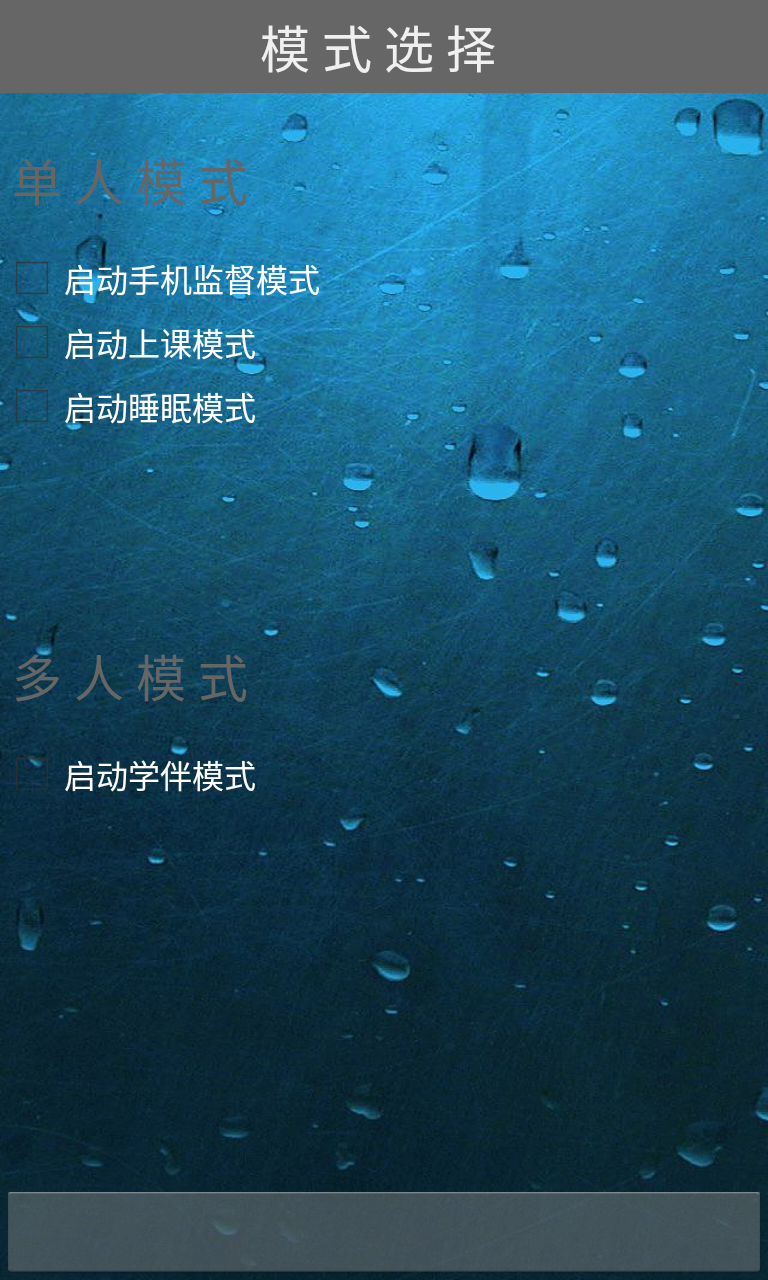
Repository: 17390089054/android
Layout: learning/res/layout/activity_second.xml
These files come from the project's save history. The layout is drawn as it stood at one moment and after a run of saves; the edit follows.
It is drawn on a 768 x 1280 px phone screen (xhdpi) without system bars, with theme AppTheme; the app's code is not run.

Above is the layout before, as saved 2018-05-01 14:15:18.

### learning/res/layout/activity_second.xml
<?xml version="1.0" encoding="utf-8"?>
<LinearLayout xmlns:android="http://schemas.android.com/apk/res/android"
    android:layout_width="match_parent"
    android:layout_height="match_parent"
    android:background="@drawable/bg2"
    android:orientation="vertical" >

    <TextView
        android:id="@+id/tv"
        android:layout_width="match_parent"
        android:layout_height="wrap_content"
        android:background="#666"
        android:gravity="center"
        android:padding="5dp"
        android:text=" 模 式 选 择  "
        android:textColor="#f0f0f0"
        android:textSize="25sp" />

    <LinearLayout
        android:layout_width="match_parent"
        android:layout_height="match_parent"
        android:layout_weight="1"
        android:orientation="vertical" >

        <TextView
            android:layout_width="match_parent"
            android:layout_height="wrap_content"
            android:layout_marginTop="25dp"
            android:text=" 单 人 模 式 "
            android:textColor="#666"
            android:textSize="25sp" />

        <CheckBox
            android:layout_width="wrap_content"
            android:layout_height="wrap_content"
            android:layout_marginTop="15dp"
             android:textColor="#fff"
            android:text="启动手机监督模式" />

        <CheckBox
            android:layout_width="wrap_content"
            android:layout_height="wrap_content"
             android:textColor="#fff"
            android:text="启动上课模式" />

        <CheckBox
            android:layout_width="wrap_content"
            android:layout_height="wrap_content"
            android:textColor="#fff"
            android:text="启动睡眠模式" />
    </LinearLayout>

    <LinearLayout
        android:layout_width="match_parent"
        android:layout_height="match_parent"
        android:layout_weight="1"
        android:orientation="vertical" >

        <TextView
            android:layout_width="wrap_content"
            android:layout_height="wrap_content"
            android:text=" 多 人 模 式 "
            android:textColor="#666"
            android:textSize="25sp" />

        <CheckBox
            android:layout_width="wrap_content"
            android:layout_height="wrap_content"
            android:layout_marginTop="15dp"
            android:textColor="#fff"
            android:text="启动学伴模式" />
    </LinearLayout>
	<Button
	    android:layout_width="match_parent"
	    android:layout_height="wrap_content"
	    android:padding="2dp"

	    />
</LinearLayout>

Loaded but not shown: learning/res/values/styles.xml (common file); learning/res/values-v11/styles.xml (common file); learning/res/values-v14/styles.xml (common file)

After the next 2 saves:
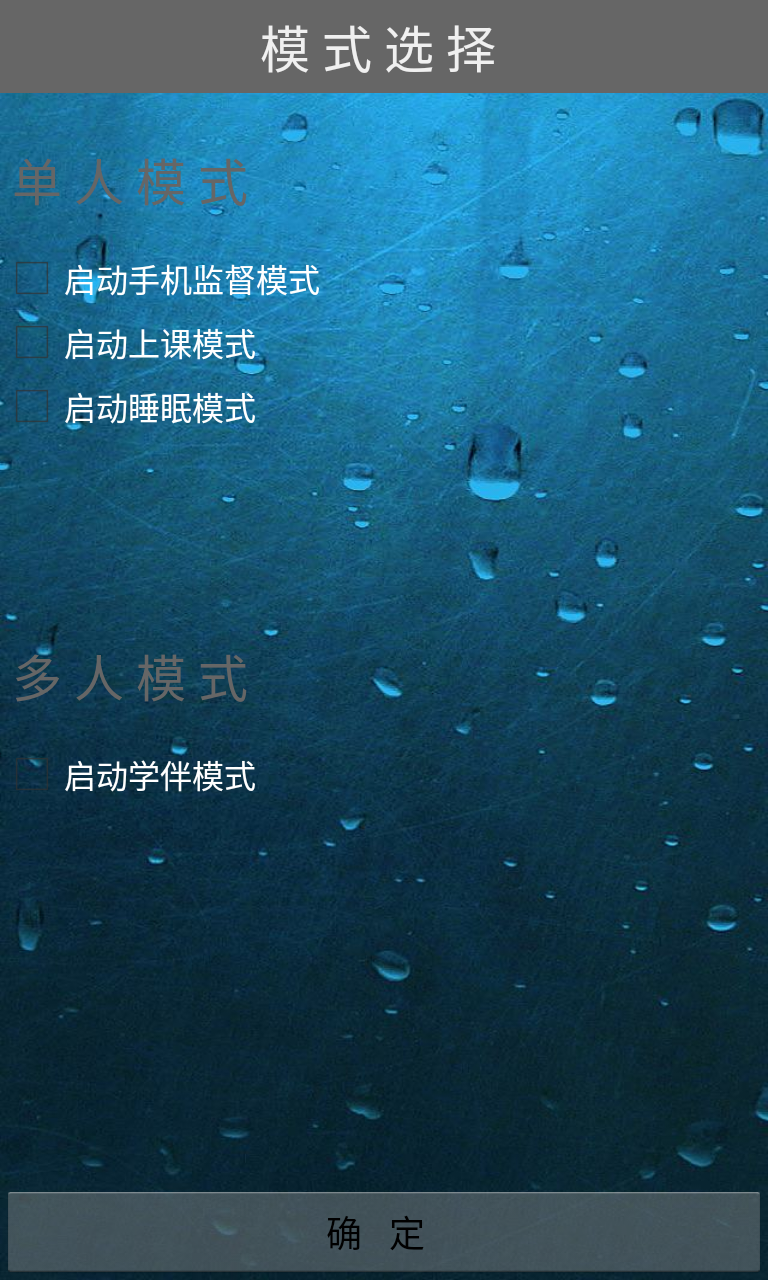
The 2 saves are shown as one change because they came seconds apart.
The last was saved 22 s later.
--- a/learning/res/layout/activity_second.xml
+++ b/learning/res/layout/activity_second.xml
@@ -74,6 +74,6 @@
 	    android:layout_width="match_parent"
 	    android:layout_height="wrap_content"
 	    android:padding="2dp"
-
+	    android:text=" 确   定   "
 	    />
 </LinearLayout>
